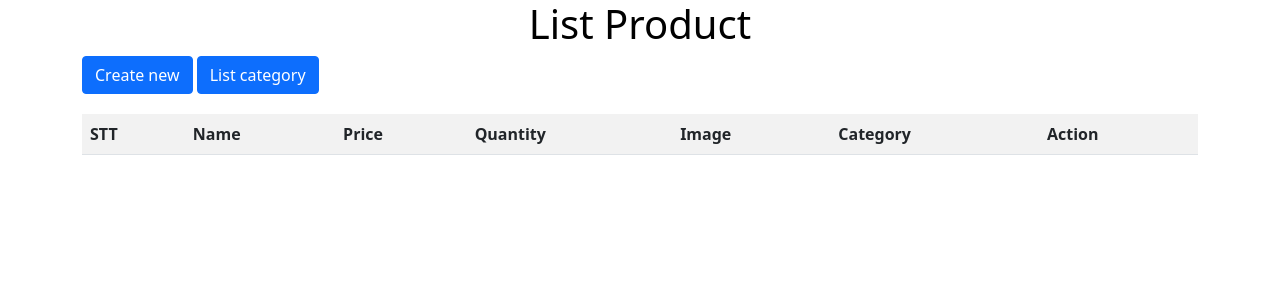
Repository: hongquan16101995/servlet-jw0124
Page: http://localhost/demo/products
These files come from the project's save history. The page is drawn as it stood at one moment and after the next save; the edit follows.
The browser window is 1280 px wide. The pictures show the whole page.
The page is served by Tomcat 9. Other server files are loaded and not shown. Queries for data that is not in the repository find no rows.

Above is the page before, as saved 2024-05-21 13:47:44.

### demo/src/main/webapp/product/list.jsp
<%@ page language="java" contentType="text/html; charset=ISO-8859-1"
    pageEncoding="ISO-8859-1"%>
<%@ taglib prefix = "c" uri = "http://java.sun.com/jsp/jstl/core" %>
<!DOCTYPE html>
<html>
<head>
<meta charset="ISO-8859-1">
<title>Insert title here</title>
<link href="https://cdn.jsdelivr.net/npm/bootstrap@5.0.2/dist/css/bootstrap.min.css" rel="stylesheet" integrity="sha384-EVSTQN3/azprG1Anm3QDgpJLIm9Nao0Yz1ztcQTwFspd3yD65VohhpuuCOmLASjC" crossorigin="anonymous">
<script src="https://cdn.jsdelivr.net/npm/bootstrap@5.0.2/dist/js/bootstrap.bundle.min.js" integrity="sha384-MrcW6ZMFYlzcLA8Nl+NtUVF0sA7MsXsP1UyJoMp4YLEuNSfAP+JcXn/tWtIaxVXM" crossorigin="anonymous"></script>
<style type="text/css">
	img {
		width: 150px;
		height: 150px;
	}

	h1 {
		text-align: center;
	}

	.btn-primary {
		margin-bottom: 20px;
	}

	a {
		text-decoration: none;
		color: black;
	}
</style>
</head>
<body>
<div class="container">
<h1><a href="/demo/products">List Product</a></h1>
<a class="btn btn-primary" href="/demo/products?action=createGet">Create new</a>
<a class="btn btn-primary" href="/demo/categories">List category</a>
<table class="table table-striped">
	<tr>
		<th>STT</th>
		<th>Name</th>
		<th>Price</th>
		<th>Quantity</th>
		<th>Image</th>
		<th>Category</th>
		<th colspan="2">Action</th>
	</tr>
	<c:forEach items="${products}" var="p" varStatus="ps">
	<tr>
		<td>${ps.count }</td>
		<td>${p.name }</td>
		<td>${p.price }</td>
		<td>${p.quantity }</td>
		<td><img src="${p.image }"/></td>
		<td><a href="/demo/products?action=findByCategory&cId=${p.category.id }">${p.category.name }</a></td>
		<td><a class="btn btn-warning" href="/demo/products?action=updateGet&id=${p.id }">Edit</a></td>
		<td><button class="btn btn-danger" onclick="deleteProduct(${p.id })">Delete</button></td>
	</tr>
	</c:forEach>
</table>
</div>
</body>
<script>
	function deleteProduct(id) {
		if (confirm("Are you sure?")) {
			window.location.href = "http://localhost:8080/demo/products?action=deleteProduct&id=" + id
		}
	}
</script>
</html>

### demo/src/main/java/controller/ProductServlet.java
package controller;

import java.io.IOException;
import java.util.List;

import javax.servlet.ServletException;
import javax.servlet.annotation.WebServlet;
import javax.servlet.http.HttpServlet;
import javax.servlet.http.HttpServletRequest;
import javax.servlet.http.HttpServletResponse;

import model.Category;
import model.Product;
import service.CategoryService;
import service.ProductService;

/**
 * Servlet implementation class ProductServlet
 */
@WebServlet("/products")
public class ProductServlet extends HttpServlet {
	private static final long serialVersionUID = 1L;
	private ProductService productService = new ProductService();
	private CategoryService categoryService = new CategoryService();

	/**
	 * @see HttpServlet#doGet(HttpServletRequest request, HttpServletResponse response)
	 */
	protected void doGet(HttpServletRequest request, HttpServletResponse response) throws ServletException, IOException {
		// TODO Auto-generated method stub
		String action = request.getParameter("action");
		if (action == null) {
			action = "";
		}
		switch(action) {
			case "createGet":
				createGet(request, response);
				break;
			case "updateGet":
				updateGet(request, response);
				break;
			case "deleteProduct":
				deleteProduct(request, response);
				break;
			case "findByCategory":
				findByCategory(request, response);
				break;
			default:
				displayAllProduct(request, response);
				break;
		}
	}

	/**
	 * @see HttpServlet#doPost(HttpServletRequest request, HttpServletResponse response)
	 */
	protected void doPost(HttpServletRequest request, HttpServletResponse response) throws ServletException, IOException {
		// TODO Auto-generated method stub
		String action = request.getParameter("action");
		if (action == null) {
			action = "";
		}
		switch(action) {
			case "createPost":
				createPost(request, response);
				break;
			case "updatePost":
				updatePost(request, response);
				break;
		}
	}

	private void displayAllProduct(HttpServletRequest request, HttpServletResponse response) throws ServletException, IOException {
		List<Product> products = productService.getProducts();
		request.setAttribute("products", products);
		request.getRequestDispatcher("product/list.jsp").forward(request, response);
	}

	private void findByCategory(HttpServletRequest request, HttpServletResponse response) throws ServletException, IOException {
//		int categoryId = Integer.parseInt(request.getParameter("cId"));
//		List<Product> products = productService.findByCateogory(categoryId);
//		request.setAttribute("products", products);
//		request.getRequestDispatcher("product/list.jsp").forward(request, response);
	}

	private void createGet(HttpServletRequest request, HttpServletResponse response) throws ServletException, IOException {
		Product product = new Product();
		List<Category> categories = categoryService.getCategories();
		request.setAttribute("product", product);
		request.setAttribute("categories", categories);
		request.getRequestDispatcher("product/create.jsp").forward(request, response);
	}

	private void createPost(HttpServletRequest request, HttpServletResponse response) throws ServletException, IOException {
		String name = request.getParameter("name");
		double price = Double.parseDouble(request.getParameter("price"));
		int quantity = Integer.parseInt(request.getParameter("quantity"));
		String image = request.getParameter("image");
		int categoryId = Integer.parseInt(request.getParameter("cId"));
		Category category = categoryService.getById(categoryId);
		productService.createProduct(new Product(name, price, quantity, image, category, 0));
		response.sendRedirect("/demo/products");
	}

	private void updateGet(HttpServletRequest request, HttpServletResponse response) throws ServletException, IOException {
		int id = Integer.parseInt(request.getParameter("id"));
		Product product = productService.getById(id);
		List<Category> categories = categoryService.getCategories();
		request.setAttribute("product", product);
		request.setAttribute("categories", categories);
		request.getRequestDispatcher("product/update.jsp").forward(request, response);
	}

	private void updatePost(HttpServletRequest request, HttpServletResponse response) throws ServletException, IOException {
		int id = Integer.parseInt(request.getParameter("id"));
		String name = request.getParameter("name");
		double price = Double.parseDouble(request.getParameter("price"));
		int quantity = Integer.parseInt(request.getParameter("quantity"));
		String image = request.getParameter("image");
		int categoryId = Integer.parseInt(request.getParameter("cId"));
		Category category = categoryService.getById(categoryId);
		productService.updateProduct(id, new Product(id, name, price, quantity, image, category, 0));
		response.sendRedirect("/demo/products");
	}

	private void deleteProduct(HttpServletRequest request, HttpServletResponse response) throws ServletException, IOException {
		int id = Integer.parseInt(request.getParameter("id"));
		productService.deleteProduct(id);
		response.sendRedirect("/demo/products");
	}

}

### demo/src/main/java/DAO/ProductDAO.java
package DAO;

import java.sql.Connection;
import java.sql.PreparedStatement;
import java.sql.ResultSet;
import java.sql.SQLException;
import java.util.ArrayList;
import java.util.List;

import connection.MyConnection;
import model.Product;
import model.Category;

public class ProductDAO {
	private Connection connection;
	private CategoryDAO categoryDAO;
	private static final String SELECT_ALL_PRODUCT = "select * from product;";
	private static final String SELECT_BY_ID = "select * from product where id = ?;";
	private static final String INSERT_INTO = "insert into product(name,price,quantity,image,c_id,status) value (?,?,?,?,?,?);";
	private static final String UPDATE_BY_ID = "update product set name = ?, price = ?, quantity = ?, image = ?, c_id = ? where id = ?;";
	private static final String DELETE_BY_ID = "delete from product where id = ?;";
	private static String SORT_BY_PRICE = "select * from product order by price";
	private static String SORT_BY_QUANTITY = "select * from product order by quantity";
	private static final String SEARCH_BY_NAME = "select * from product where name like ?";

	public ProductDAO() {
		connection = MyConnection.getConnection();
		categoryDAO = new CategoryDAO();
	}

	public List<Product> findAll() {
		List<Product> products = new ArrayList<>();
		try (PreparedStatement preparedStatement = connection.prepareStatement(SELECT_ALL_PRODUCT);) {
			ResultSet rs = preparedStatement.executeQuery();
			while (rs.next()) {
				int id = rs.getInt("id");
				String name = rs.getString("name");
				double price = rs.getDouble("price");
				int quantity = rs.getInt("quantity");
				String image = rs.getString("name");
				int status = rs.getInt("status");
				int cId = rs.getInt("name");
				Category category = categoryDAO.findById(cId);
				products.add(new Product(id, name, price, quantity, image, category, status));
			}
		}catch (SQLException e) {
			e.printStackTrace();
		}
		return products;
	}

	public void create(Product product) {
		try (PreparedStatement preparedStatement = connection.prepareStatement(INSERT_INTO);) {
			preparedStatement.setString(1, product.getName());
			preparedStatement.setDouble(2, product.getPrice());
			preparedStatement.setInt(3, product.getQuantity());
			preparedStatement.setString(4, product.getImage());
			preparedStatement.setInt(5, product.getCategory().getId());
			preparedStatement.setInt(6, 0);
			preparedStatement.executeUpdate();
		}catch (SQLException e) {
			e.printStackTrace();
		}
	}

	public Product findById(int id) {
		try (PreparedStatement preparedStatement = connection.prepareStatement(SELECT_BY_ID);) {
			preparedStatement.setInt(1, id);
			ResultSet rs = preparedStatement.executeQuery();
			while (rs.next()) {
				int idDb = rs.getInt("id");
				String name = rs.getString("name");
				double price = rs.getDouble("price");
				int quantity = rs.getInt("quantity");
				String image = rs.getString("name");
				int status = rs.getInt("status");
				int cId = rs.getInt("name");
				Category category = categoryDAO.findById(cId);
				return new Product(idDb, name, price, quantity, image, category, status);
			}
		}catch (SQLException e) {
			e.printStackTrace();
		}
		return null;
	}

	public void update(int id, Product product) {
		try (PreparedStatement preparedStatement = connection.prepareStatement(UPDATE_BY_ID);) {
			preparedStatement.setString(1, product.getName());
			preparedStatement.setDouble(2, product.getPrice());
			preparedStatement.setInt(3, product.getQuantity());
			preparedStatement.setString(4, product.getImage());
			preparedStatement.setInt(5, product.getCategory().getId());
			preparedStatement.setInt(6, id);
			preparedStatement.executeUpdate();
		}catch (SQLException e) {
			e.printStackTrace();
		}
	}

	public void deleteById(int id) {
		try (PreparedStatement preparedStatement = connection.prepareStatement(DELETE_BY_ID);) {
			preparedStatement.setInt(1, id);
			preparedStatement.executeUpdate();
		}catch (SQLException e) {
			e.printStackTrace();
		}
	}

	public List<Product> sortByPrice(String statusSort) {
		List<Product> products = new ArrayList<>();
		if (statusSort.equals("DESC")) {
			SORT_BY_PRICE += " DESC;";
		} else if (statusSort.equals("ASC")){
			SORT_BY_PRICE += " ASC;";
		}
		try (PreparedStatement preparedStatement = connection.prepareStatement(SORT_BY_PRICE);) {
			ResultSet rs = preparedStatement.executeQuery();
			while (rs.next()) {
				int id = rs.getInt("id");
				String name = rs.getString("name");
				double price = rs.getDouble("price");
				int quantity = rs.getInt("quantity");
				String image = rs.getString("name");
				int status = rs.getInt("status");
				int cId = rs.getInt("name");
				Category category = categoryDAO.findById(cId);
				products.add(new Product(id, name, price, quantity, image, category, status));
			}
		}catch (SQLException e) {
			e.printStackTrace();
		}
		return products;
	}

	public List<Product> sortByQuantity(String statusSort){
		List<Product> products = new ArrayList<>();
		if (statusSort.equals("DESC")) {
			SORT_BY_QUANTITY += " DESC;";
		} else if (statusSort.equals("ASC")){
			SORT_BY_QUANTITY += " ASC;";
		}
		try (PreparedStatement preparedStatement = connection.prepareStatement(SORT_BY_QUANTITY);) {
			ResultSet rs = preparedStatement.executeQuery();
			while (rs.next()) {
				int id = rs.getInt("id");
				String name = rs.getString("name");
				double price = rs.getDouble("price");
				int quantity = rs.getInt("quantity");
				String image = rs.getString("name");
				int status = rs.getInt("status");
				int cId = rs.getInt("name");
				Category category = categoryDAO.findById(cId);
				products.add(new Product(id, name, price, quantity, image, category, status));
			}
		}catch (SQLException e) {
			e.printStackTrace();
		}
		return products;
	}

	public List<Product> searchByName(String search) {
		List<Product> categories = new ArrayList<>();
		try (PreparedStatement preparedStatement = connection.prepareStatement(SEARCH_BY_NAME);) {
			preparedStatement.setString(1, "%" + search + "%");
			ResultSet rs = preparedStatement.executeQuery();
			while (rs.next()) {
				int id = rs.getInt("id");
				String name = rs.getString("name");
				double price = rs.getDouble("price");
				int quantity = rs.getInt("quantity");
				String image = rs.getString("name");
				int status = rs.getInt("status");
				int cId = rs.getInt("name");
				Category category = categoryDAO.findById(cId);
				categories.add(new Product(id, name, price, quantity, image, category, status));
			}
		}catch (SQLException e) {
			e.printStackTrace();
		}
		return categories;
	}

}

### demo/src/main/java/connection/MyConnection.java
package connection;

import java.sql.Connection;
import java.sql.DriverManager;
import java.sql.SQLException;

public class MyConnection {
	private static String jdbcURL ="jdbc:mysql://localhost:3306/demo?useSSL=false";
	private static String jdbcUsername = "root";
	private static String jdbcPassword = "123456";

	public static Connection getConnection() {
		Connection connection = null;

		try {
			Class.forName("com.mysql.cj.jdbc.Driver");
			connection = DriverManager.getConnection(jdbcURL, jdbcUsername, jdbcPassword);
		} catch (SQLException | ClassNotFoundException e) {
			e.printStackTrace();
		}

		return connection;
	}

}

### demo/src/main/java/DAO/CategoryDAO.java
package DAO;

import java.sql.Connection;
import java.sql.PreparedStatement;
import java.sql.ResultSet;
import java.sql.SQLException;
import java.util.ArrayList;
import java.util.List;

import connection.MyConnection;
import model.Category;

public class CategoryDAO {
	private Connection connection;
	private static final String SELECT_ALL_CATEGORY = "select * from category;";
	private static final String SELECT_BY_ID = "select * from category where id = ?;";
	private static final String INSERT_INTO = "insert into category(name, status) value (?,?);";
	private static final String UPDATE_BY_ID = "update category set name = ? where id = ?;";

	public CategoryDAO() {
		connection = MyConnection.getConnection();
	}

	public List<Category> findAll() {
		List<Category> categories = new ArrayList<>();
		try (PreparedStatement preparedStatement = connection.prepareStatement(SELECT_ALL_CATEGORY);) {
			ResultSet rs = preparedStatement.executeQuery();
			while (rs.next()) {
				int id = rs.getInt("id");
				String name = rs.getString("name");
				int status = rs.getInt("status");
				categories.add(new Category(id, name, status));
			}
		}catch (SQLException e) {
			e.printStackTrace();
		}
		return categories;
	}

	public void create(Category category) {
		try (PreparedStatement preparedStatement = connection.prepareStatement(INSERT_INTO);) {
			preparedStatement.setString(1, category.getName());
			preparedStatement.setInt(2, 0);
			preparedStatement.executeUpdate();
		}catch (SQLException e) {
			e.printStackTrace();
		}
	}

	public Category findById(int id) {
		try (PreparedStatement preparedStatement = connection.prepareStatement(SELECT_BY_ID);) {
			preparedStatement.setInt(1, id);
			ResultSet rs = preparedStatement.executeQuery();
			while (rs.next()) {
				int idDb = rs.getInt("id");
				String name = rs.getString("name");
				int status = rs.getInt("status");
				return new Category(idDb, name, status);
			}
		}catch (SQLException e) {
			e.printStackTrace();
		}
		return null;
	}

	public void update(int id, Category category) {
		try (PreparedStatement preparedStatement = connection.prepareStatement(UPDATE_BY_ID);) {
			preparedStatement.setString(1, category.getName());
			preparedStatement.setInt(2, id);
			preparedStatement.executeUpdate();
		}catch (SQLException e) {
			e.printStackTrace();
		}
	}
}

After the next save:
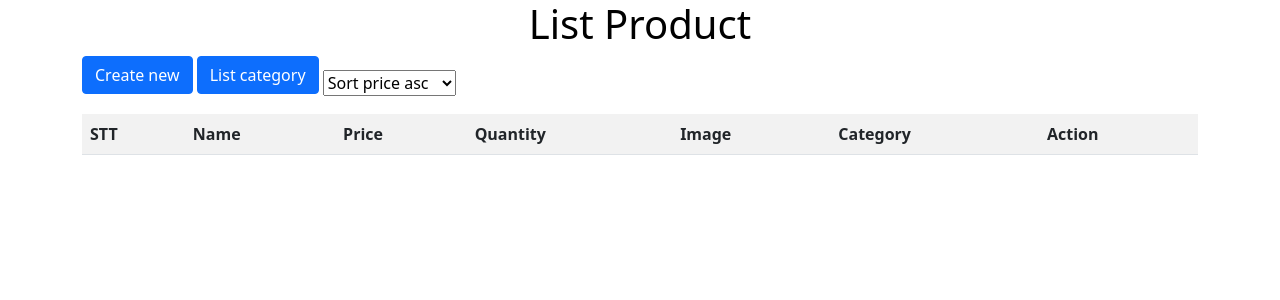
Saved 3 min 0 s later.
--- a/demo/src/main/webapp/product/list.jsp
+++ b/demo/src/main/webapp/product/list.jsp
@@ -31,8 +31,19 @@
 <body>
 <div class="container">
 <h1><a href="/demo/products">List Product</a></h1>
+<div class="row">
+<div class="col-md-8">
 <a class="btn btn-primary" href="/demo/products?action=createGet">Create new</a>
 <a class="btn btn-primary" href="/demo/categories">List category</a>
+<select>
+<option><a href="/demo/products?action=sortPrice&status=asc">Sort price asc</a></option>
+<option><a href="/demo/products?action=sortPrice&status=desc">Sort price desc</a></option>
+</select>
+</div>
+<div class="col-md-4"></div>
+</div>
+
+
 <table class="table table-striped">
 	<tr>
 		<th>STT</th>
